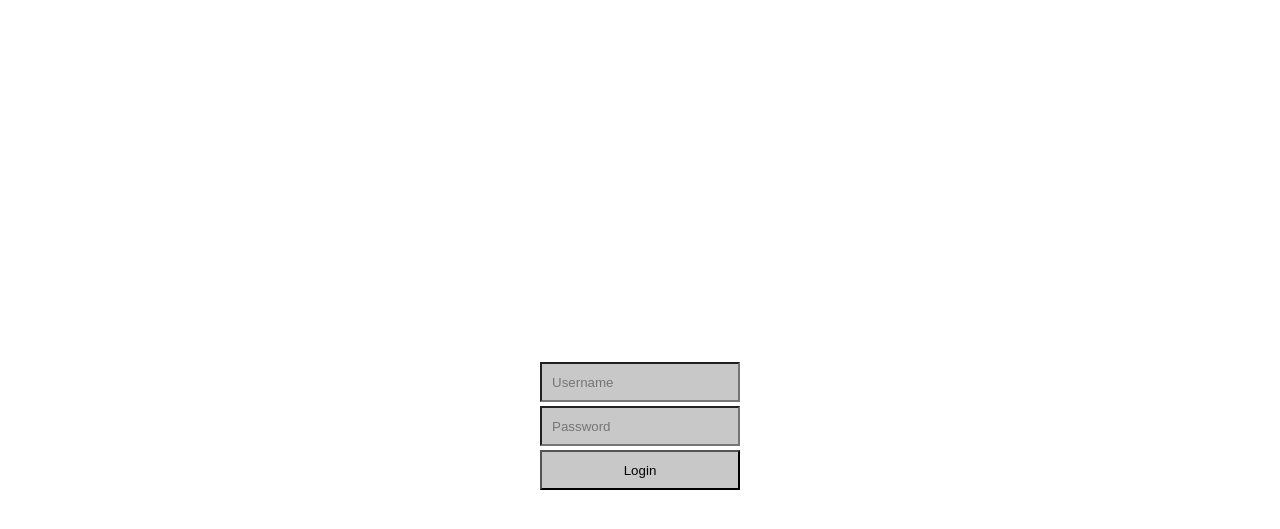
Repository: 57963/WebApp
Page: http://localhost/test-webapp/
The author's editor kept a copy of each file at every save. The page is drawn from the files as they stood at one save, then again after the next save.
The browser window is 1280 px wide. The pictures show the whole page.
The page is served by Tomcat 9. Other server files are loaded and not shown.

Above is the page before, as saved 2016-05-15 14:30:05.

### test-webapp/src/main/webapp/WEB-INF/views/login.jsp
<%@ page language="java" contentType="text/html; charset=ISO-8859-1"
    pageEncoding="ISO-8859-1"%>
<!DOCTYPE>
<html>
	<head>
		<meta http-equiv="Content-Type" content="text/html; charset=ISO-8859-1">
		<title>Login</title>
		<style>
			body{
				background-color:white;
				color:rgb(200,200,200);
				font-family:"Arial";
			}

			form{
				position:absolute;
				width:100%;
				left:0%;
				top:50%;
				text-align:center;
				margin:0;
			}

			input/*[type="password"],[type="text"]*/{
				background-color:rgb(200,200,200);
				margin:2px;
				width:200px;
				height:40px;
				padding:10px;
			}

			div{
				background-color:white;
				color:red;
				margin:auto;
			}
		</style>
	</head>
	<body>
		<form action="/login" method="POST">
			<input placeholder="Username" type="text" name="username"/><br>
			<input placeholder="Password" type="password" name="password"/><br>
			<input type="submit" value="Login"/>
			<div >${error}</div>
		</form>

	</body>
</html>

After the next save:
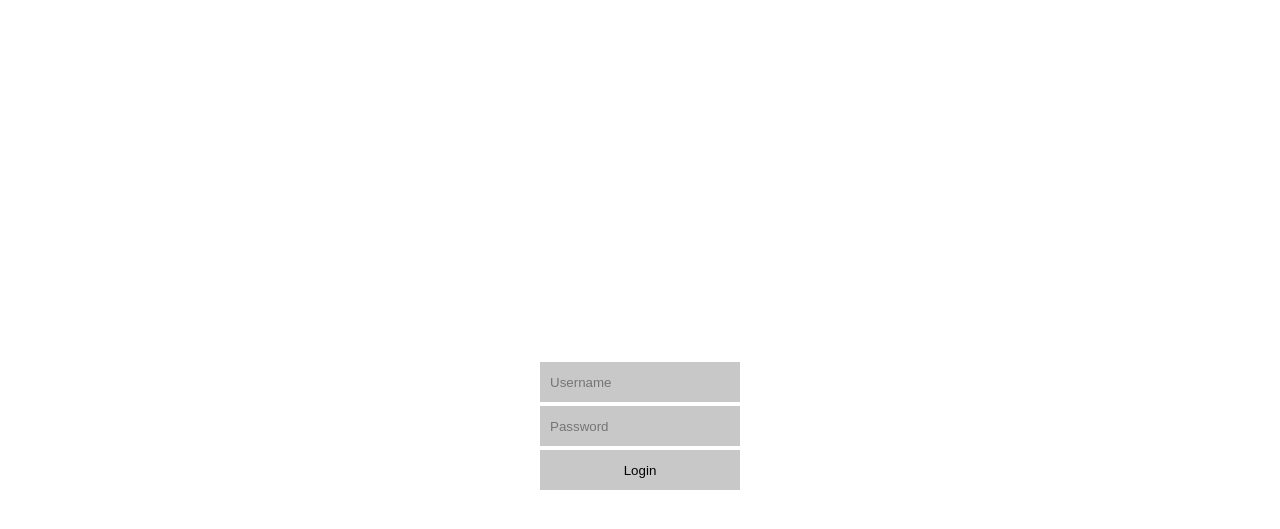
Saved 16 s later.
--- a/test-webapp/src/main/webapp/WEB-INF/views/login.jsp
+++ b/test-webapp/src/main/webapp/WEB-INF/views/login.jsp
@@ -23,6 +23,7 @@
 
 			input/*[type="password"],[type="text"]*/{
 				background-color:rgb(200,200,200);
+				border-style:none;
 				margin:2px;
 				width:200px;
 				height:40px;
